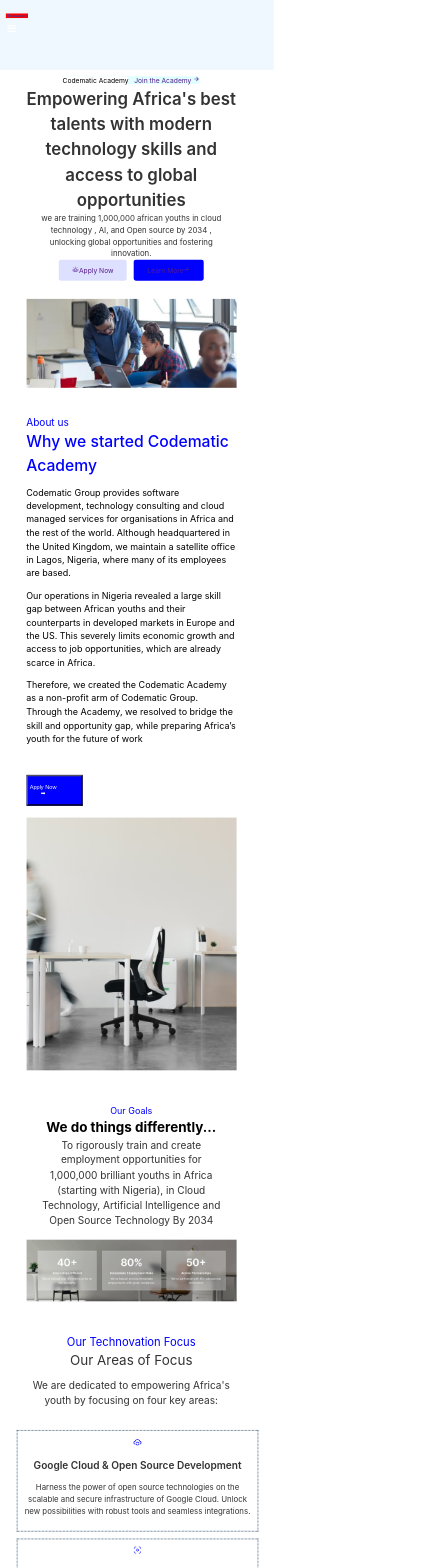
Repository: Gabriel221-dev/Codematic-page
Page: /
The author's editor kept a copy of each file at every save. The page is drawn from the files as they stood at one save, then again after the next save.
The browser window is 375 px wide. The page is 423 px wide, then 624 px, then 423 px, so the pictures cover 624 px, including what lies to the right of the window. The pictures show the part of the page from y = 0 to 2240 px (the page is 5361 px tall before and 5552 px after), at 70% of full size.
The project was rebuilt for these pictures with package versions that can differ from the ones it lists, and the page was loaded fresh each time. Also part of the build but not shown: vite.config.js, src/App.css.

Above is the page before, as saved 2024-07-31 07:32:04.

After the next save:
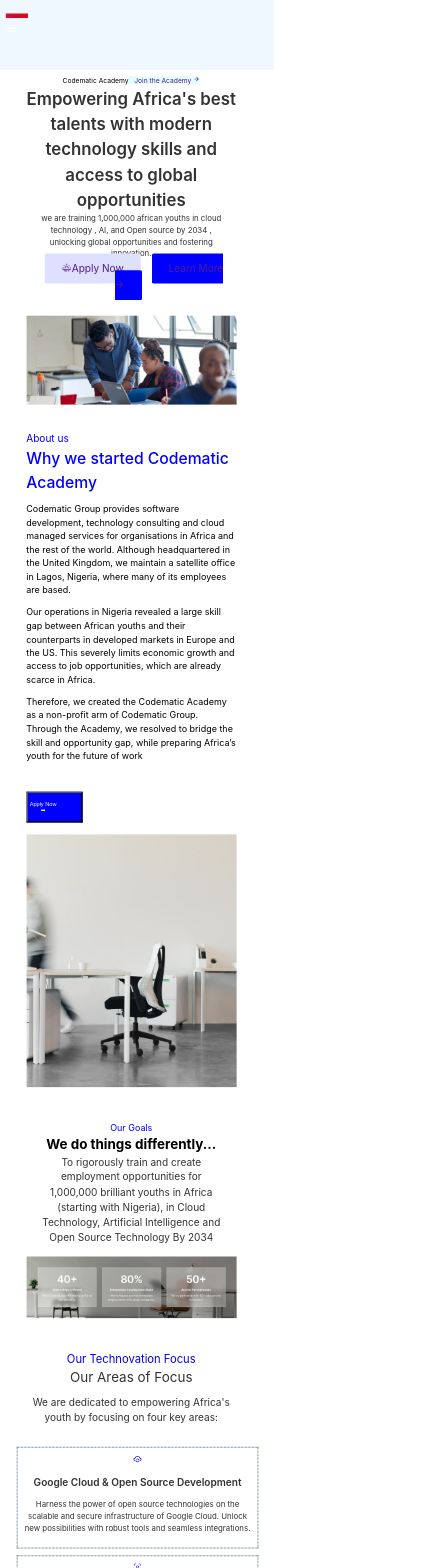
Saved 74 s later.
--- a/src/styles/global.css
+++ b/src/styles/global.css
@@ -13,21 +13,3 @@
   section{
     padding: 0 10%;
   }
-
-  @media (max-width: 450px) { /* iPhone 12 Pro screen size */
-    .sub-Head-7 h2 {
-      font-size: .5rem;
-    }
-
-    .sub-Head-7 h1 {
-      font-size: .5rem;
-      width: 100%;
-    }
-
-    .Home .action a {
-      margin: 0.3rem;
-      padding: 0.6rem 1.2rem;
-      font-size: 0.6rem;
-    }
-
-  }

After the save that followed:
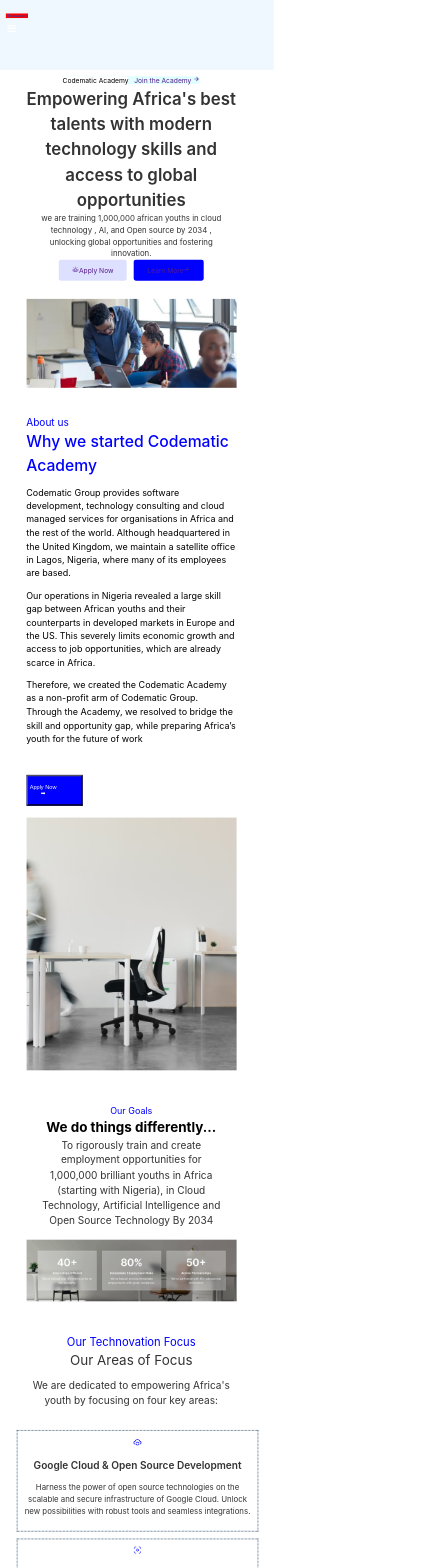
Saved 7 s later.
--- a/src/pages/Home.css
+++ b/src/pages/Home.css
@@ -921,3 +921,22 @@
       font-size: 0.9rem;
     }
   }
+
+
+  @media (max-width: 450px) { /* iPhone 12 Pro screen size */
+    .sub-Head-7 h2 {
+      font-size: .5rem;
+    }
+
+    .sub-Head-7 h1 {
+      font-size: .5rem;
+      width: 100%;
+    }
+
+    .Home .action a {
+      margin: 0.3rem;
+      padding: 0.6rem 1.2rem;
+      font-size: 0.6rem;
+    }
+
+  }
